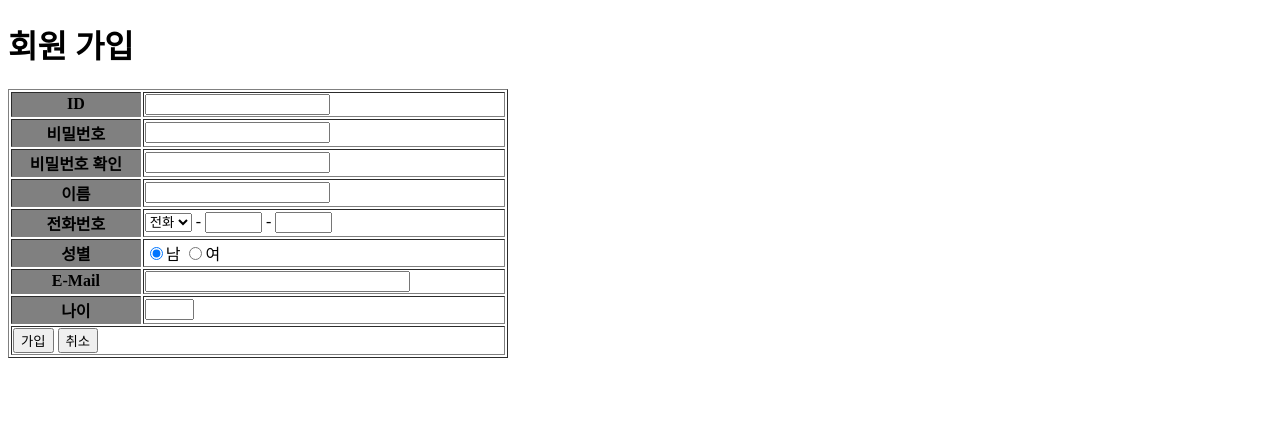
Repository: njir/nodejs
Page: http://localhost/join
The author's editor kept a record of every edit. The page is drawn from the files as they stood at one moment, then again after the next edit.
The browser window is 1280 px wide. The pictures show the whole page.
The page is served by the project's Node server (admin_page/app.js). Other server files are loaded and not shown.

Above is the page before.

### admin_page/views/join.ejs
<!DOCTYPE html>
<html>
<head>
	<meta charset="utf-8">
	<title>exam</title>
	<style type="text/css">
	table{width: 400;}
	th{background-color: gray;}
	</style>

	<script>
	function blankCheck(el, msg){
		if(el.value == ""){
			alert(msg);
			el.focus();
			return false;
		}else{
			return true;
		}
	}

	function lengthCheck(el, min, max, msg){
		if (el.value.length < min || el.value.length > max) {
			alert(msg);
			el.value="";
			el.focus();
			return false;
		}else{
			return true;
		}
	}

	function check(){
		var id = document.frm1.id.value;
		var pw = document.frm1.pw.value;
		var pw2 = document.frm1.pw2.value;
		var name = document.frm1.name.value;
		var t1 = document.frm1.t1.value;
		var t2 = document.frm1.t2.value;
		var t3 = document.frm1.t3.value;
		var telephone = t1 + t2 + t3;
		var sex = document.frm1.sex.value;
		var email = document.frm1.email.value;
		var age = document.frm1.age.value;

		var regEmail = /^[0-9a-zA-Z]([-_\.]?[0-9a-zA-Z])*@[0-9a-zA-Z]([-_\.]?[0-9a-zA-Z])*\.[a-zA-Z]{2,3}$/i;


		if( !blankCheck(document.frm1.id, "아이디를 입력하세요") || !lengthCheck(document.frm1.id, 4, 12, "아이디는 4~12글자를 입력하세요")){
			return false;
		}

/*
		if (id == "") {
			alert("아이디를 입력하세요");
			document.frm1.id.focus();
			return false;
		}


		if(id.length < 4 || id.length > 12){
			alert("아이디는 4~12글자를 입력하세요");
			document.frm1.id.value = "";
			document.frm1.id.focus();
			return false;
		}
*/
		if(pw == "" || pw2 == ""){
			alert("패스워드를 입력하세요");
			if(pw == "")
				document.frm1.pw.focus();
			else
				document.frm1.pw2.focus();
			return false;
		}

		if(pw !== pw2){
			alert("패스워드가 다릅니다");
			document.frm1.pw1.value= "";
			document.frm1.pw2.value= "";
			document.frm1.pw.focus();
			return false;
		}

		if(pw.length < 8 || pw.length > 12){
			alert("패스워드는 8~12글자를 입력하세요");
			document.frm1.pw.value = "";
			document.frm1.pw.focus();
			return false;
		}

		if(name == ""){
			alert("이름을 입력하세요");
			document.frm1.name.focus();
			return false;
		}

		if(name.length <2 || name.length > 10){
			alert("이름은 2~10글자로 입력하세요");
			document.frm1.name.focus();
			return false;
		}

		if( t1 == "" || t2 == "" || t3==""){
			alert("전화번호를 입력하세요");
			if(t1 == "") document.frm1.t1.focus();
			else if(t2 == "") document.frm1.t2.focus();
			else document.frm1.t3.focus();
			return false;
		}


		if(isNaN(telephone)){
			alert("전화번호는 숫자만 입력하세요");
			return false;
		}

		if(t2.length < 3 || t3.length < 3){
			alert("전화번호는 3자리 이상 입력하세요");
			if(t2.length < 3) document.frm1.t2.focus();
			else document.frm1.t3.focus();
			return false;
		}

		if(email == ""){
			alert("이메일을 입력하세요");
			document.frm1.email.focus();
			return false;
		}


		if(email.search(regEmail) == -1){
			alert("올바른 이메일 형식을 입력하세요");
			document.frm1.email.focus();
			return false;
		}
		if(age == ""){
			alert("나이를 입력하세요");
			document.frm1.age.focus();
			return false;
		}

		if(isNaN(age)){
			alert("나이는 숫자만 입력하세요");
			return false;
		}

		if(age < 1 || age > 130){
			alert("올바른 나이를 입력하세요");
			document.frm1.age.focus();
			return false;
		}

		alert(id + "\n"
			+ pw + "\n"
			+ name + "\n"
			+ telephone + "\n"
			+ sex + "\n"
			+ email + "\n"
			+ age + "\n"
			);
	}

	</script>

</head>
<body>
	<h1>회원 가입</h1>
	<form name="frm1" id="frm1" action="/member" method="post">
		<table border="1" width="500">
			<tr>
				<th>ID</th>
				<td><input type="text" name="id" id="id" maxlength="12" size="20"></td>
			</tr>
			<tr>
				<th>비밀번호</th>
				<td><input type="password" name="pw" id="pw" maxlength="12" size="20"></td>
			</tr>
			<tr>
				<th>비밀번호 확인</th>
				<td><input type="password" name="pw2" id="pw2" maxlength="12" size="20"></td>
			</tr>
			<tr>
				<th>이름</th>
				<td><input type="text" name="name" id="name" maxlength="10" size="20"></td>
			</tr>
			<tr>
				<th>전화번호</th>
				<td>
					<input type="hidden" name="tel" id="tel">
					<select name="t1">
						<option value="">전화</option>
						<option value="010">010</option>
						<option value="011">011</option>
						<option value="016">016</option>
						<option value="017">017</option>
						<option value="018">018</option>
						<option value="019">019</option>
					</select>
					-
					<input type="text" name="t2" id="t2" maxlength="4" size="4">
					-
					<input type="text" name="t3" id="t3" maxlength="4" size="4">
				</td>
			</tr>
			<tr>
				<th>성별</th>
				<td><input type="radio" name="sex" checked value="male">남
					<input type="radio" name="sex" value="female">여
				</td>
			</tr>
			<tr>
				<th>E-Mail</th>
				<td><input type="email" name="email" id="email" maxlength="50" size="30">
				</tr>
				<tr>
					<th>나이</th>
					<td><input type="text" name="age" id="age" maxlength="3" size="3"></td>
				</tr>

				<tr>
					<td colspan="2">
						<input type="button" value="가입" onclick="check()">
						<input type="reset" value="취소">
					</td>
				</tr>

			</body>
			</html>

### admin_page/app.js
var express = require('express');
var path = require('path');
var favicon = require('serve-favicon');
var logger = require('morgan');
var cookieParser = require('cookie-parser');
var bodyParser = require('body-parser');

var routes = require('./routes/index');
var users = require('./routes/users');

var app = express();

// view engine setup
app.set('views', path.join(__dirname, 'views'));
app.set('view engine', 'ejs');

// uncomment after placing your favicon in /public
//app.use(favicon(__dirname + '/public/favicon.ico'));
app.use(logger('dev'));
app.use(bodyParser.json());
app.use(bodyParser.urlencoded({
    extended: false
}));
app.use(cookieParser());
app.use(express.static(path.join(__dirname, 'public')));

app.use('/', routes);
app.use('/users', users);

// catch 404 and forward to error handler
app.use(function(req, res, next) {
    var err = new Error('Not Found');
    err.status = 404;
    next(err);
});

// error handlers

// development error handler
// will print stacktrace
if (app.get('env') === 'development') {
    app.use(function(err, req, res, next) {
        res.status(err.status || 500);
        res.render('error', {
            message: err.message,
            error: err
        });
    });
}

// production error handler
// no stacktraces leaked to user
app.use(function(err, req, res, next) {
    res.status(err.status || 500);
    res.render('error', {
        message: err.message,
        error: {}
    });
});

app.set('port', process.env.PORT || 3000);

var server = app.listen(app.get('port'), function() {
    console.log('관리자 서버가 ' + app.get('port') + '에서 실행 중입니다.');

});


module.exports = app;

### admin_page/routes/index.js
var express = require('express');
var router = express.Router();
var db_member = require('../models/db_member');

/* GET home page. */
router.get('/', function(req, res) {
    res.render('index', {
        title: 'Express'
    });
});

router.get('/join', function(req, res) {
    res.render('join', {
        title: '회원가입'
    });
});

router.post('/join', function(req, res) {
    console.log('req.body=', req.body);
    var name = req.body.name;
    var id = req.body.id;
    var pw = req.body.pw;
    var sex = req.body.sex; //male, female
    var email = req.body.email + '@' + req.body.email2;
    var age = req.body.age;
    var tel = req.body.t1 + req.body.t2 + req.body.t3
    var datas = [id, pw, name, email, sex, age, tel];


    db_member.join(datas, function(success) {
        if (success) {
            res.redirect('/');
        }
        else {
            res.json({
                success: 'fail'
            });
        }
    });
});

module.exports = router;

Loaded but not shown: admin_page/public/stylesheets/style.css (common file)

After the next edit:
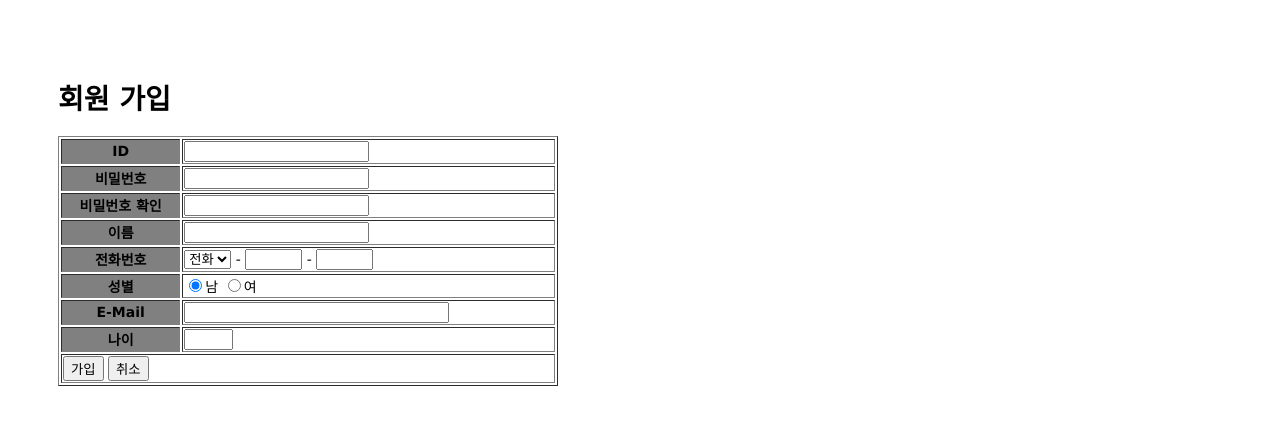
The edit:
--- a/admin_page/views/join.ejs
+++ b/admin_page/views/join.ejs
@@ -2,7 +2,8 @@
 <html>
 <head>
 	<meta charset="utf-8">
-	<title>exam</title>
+	<title> <%= title %> </title>
+	<link rel='stylesheet' href='/stylesheets/style.css' />
 	<style type="text/css">
 	table{width: 400;}
 	th{background-color: gray;}
